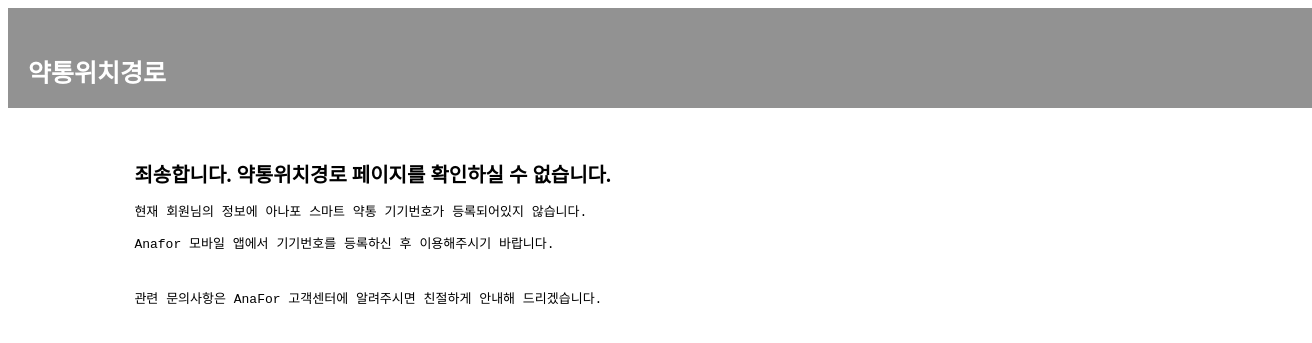
Repository: euzny/Spring-Website
Page: http://localhost/anafor/WEB-INF/views/my_info/notAccept.jsp
The author's editor kept a copy of each file at every save. The page is drawn from the files as they stood at one save, then again after a run of saves.
The browser window is 1280 px wide. The page is 1312 px wide, so the pictures cover 1312 px, including what lies to the right of the window. The pictures show the whole page.
The page is served by Tomcat 9. Nobody is signed in. The template is opened directly, without the code that normally fills it, so the values that code supplies are empty.

Above is the page before, as saved 2022-06-23 02:09:22.

After the next 2 saves:
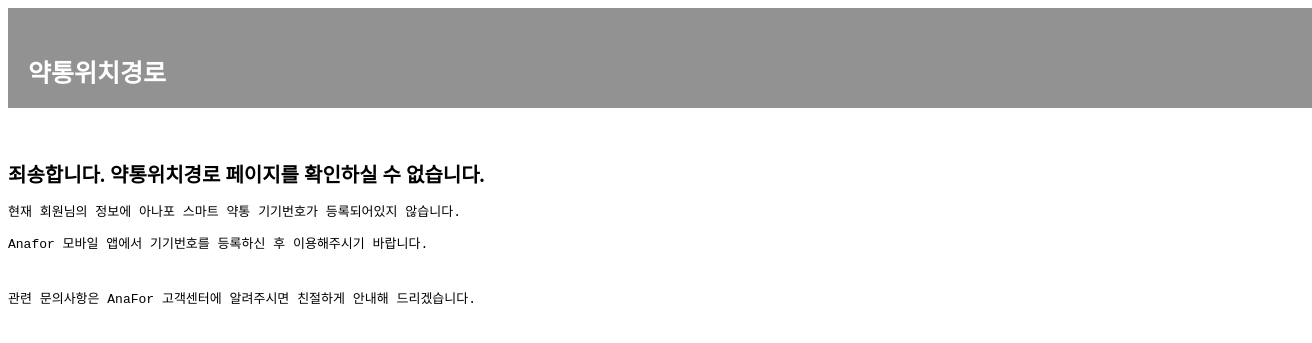
The 2 saves are shown as one change because they came seconds apart.
The last was saved 10 s later.
--- a/Workspace/anafor/src/main/webapp/WEB-INF/views/my_info/notAccept.jsp
+++ b/Workspace/anafor/src/main/webapp/WEB-INF/views/my_info/notAccept.jsp
@@ -21,7 +21,7 @@
 	}
 
 	#notice{
-		width : 80%;
+		width : 100%;
 		margin:50px auto;
 	}
 	#notice h3{
